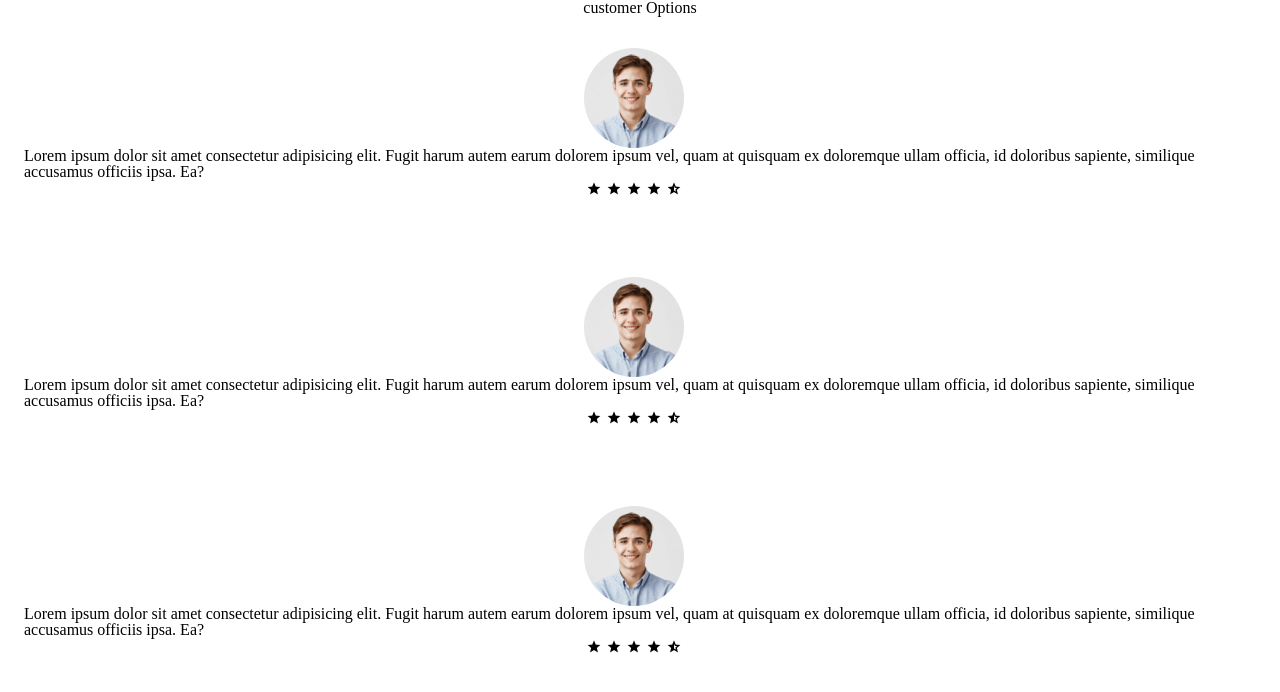
Repository: dinhhaidh/slider-3
Page: index.html
The author's editor kept a copy of each file at every save. The page is drawn from the files as they stood at one save, then again after a run of saves.
The browser window is 1280 px wide. The pictures show the whole page.

Above is the page before, as saved 2024-03-22 20:14:26.

After the next 2 saves:
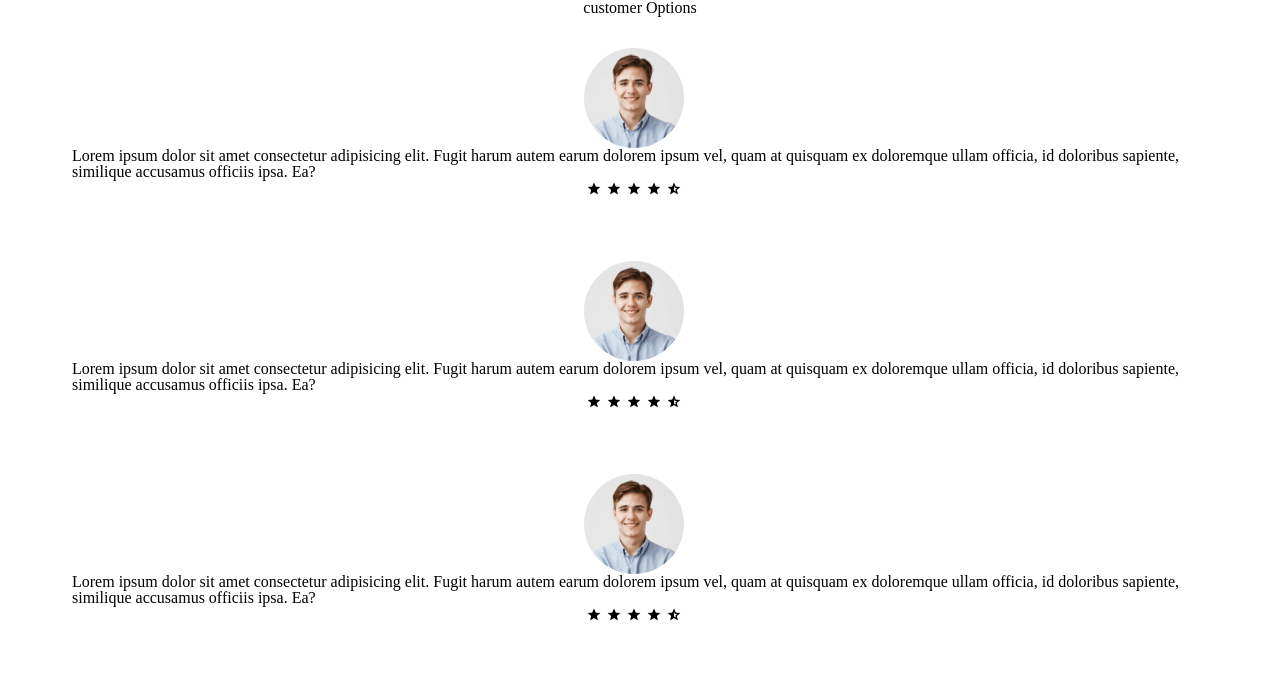
The 2 saves are shown as one change because they came seconds apart.
The last was saved 31 s later.
--- a/style.css
+++ b/style.css
@@ -56,7 +56,7 @@ body {
     align-items: center;
     justify-content: center;
     flex-direction: column;
-    padding: 2rem 0 3rem;
+    padding: 2rem 3rem 2rem;
 }
 .customer__img{
     width: 100px;
